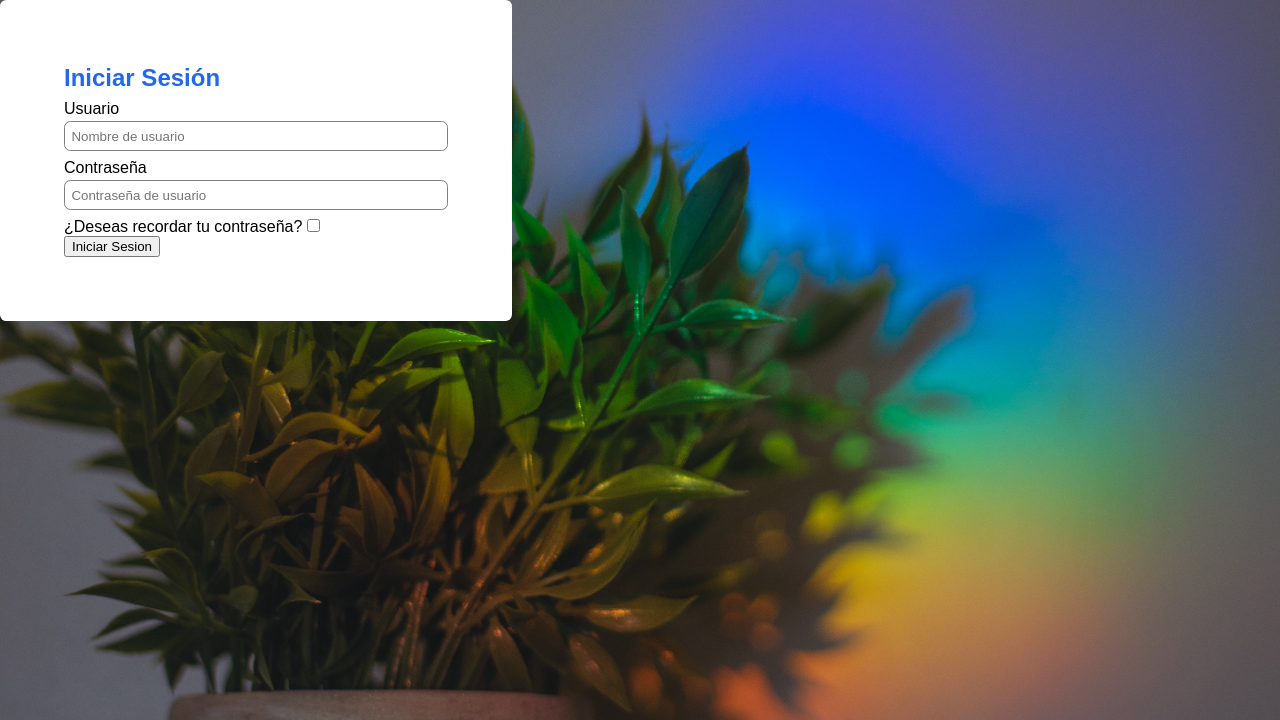
Repository: TzMichaelYT/ModuloHTMLCSS
Page: formularioHTML/index.html
The author's editor kept a copy of each file at every save. The page is drawn from the files as they stood at one save, then again after the next save.
The browser window is 1280 px wide. The pictures show the whole page.

Above is the page before, as saved 2021-07-14 20:37:38.

After the next save:
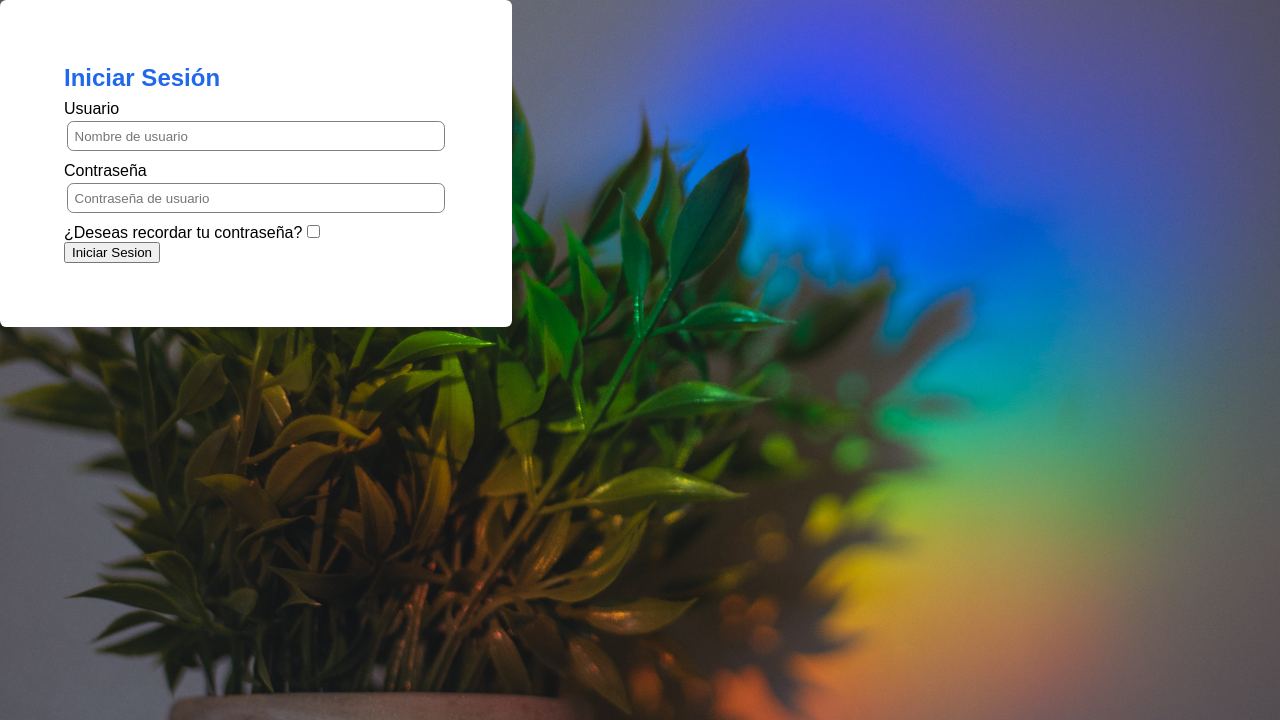
Saved 26 s later.
--- a/formularioHTML/styles/styles.css
+++ b/formularioHTML/styles/styles.css
@@ -42,7 +42,7 @@
     border-radius: 0.4rem;
     border: solid 0.1rem gray;
     padding: 0.4rem;
-    margin-top: 0.2rem;
+    margin: 0.2rem;
 }
 
 .checkbox-container {

After the save that followed:
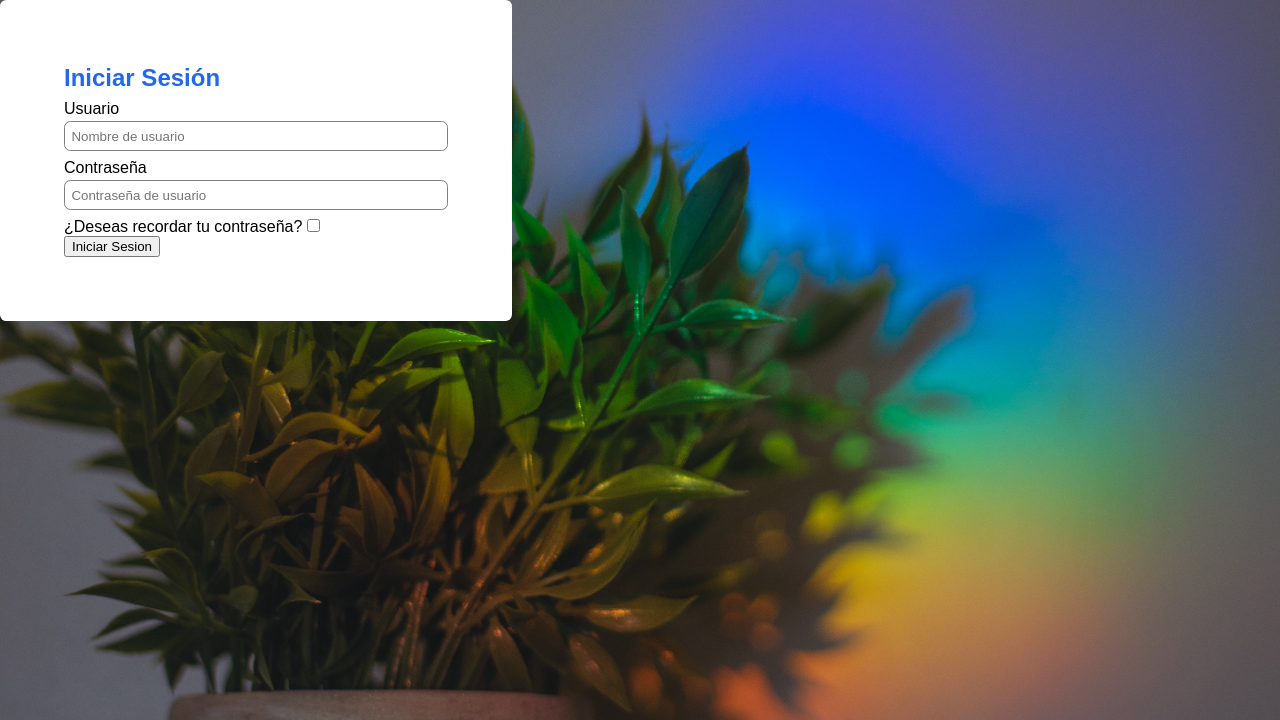
Saved 8 s later.
--- a/formularioHTML/styles/styles.css
+++ b/formularioHTML/styles/styles.css
@@ -42,7 +42,7 @@
     border-radius: 0.4rem;
     border: solid 0.1rem gray;
     padding: 0.4rem;
-    margin: 0.2rem;
+    margin-top: 0.2rem;
 }
 
 .checkbox-container {
